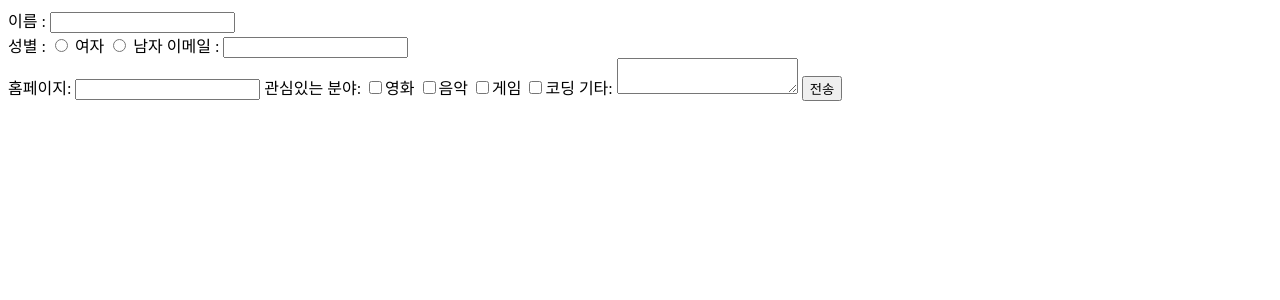
Repository: dudals3844/php_study
Page: http://localhost/
The author's editor kept a record of every edit. The page is drawn from the files as they stood at one moment, then again after the next edit.
The browser window is 1280 px wide. The pictures show the whole page.
The page is run by PHP 8.4 with error messages shown; the project is at /var/www/html/.

Above is the page before.

### index.php
<!DOCTYPE html>
<html lang="ko">

<head>
	<meta charset="UTF-8">
	<title>PHP Form</title>
</head>

<body>

<form action="php_handling_request_01.php" method="post">
	이름 : <input type="text" name="name"><br><!--name이 php에서 id같은 역활을 한다. -->
	성별 :
	<input type="radio" name="gender" value = "female"/> 여자
	<input type="radio" name="gender" value = "male"/> 남자
	이메일 : <input type="text" name="email"><br>
	홈페이지: <input type="text" name="website"/>
	관심있는 분야:
	<input type="checkbox" name="favtopic[]" value = "movie"/>영화
	<input type="checkbox" name="favtopic[]" value = "music"/>음악
	<input type="checkbox" name="favtopic[]" value = "game"/>게임
	<input type="checkbox" name="favtopic[]" value = "coding"/>코딩
	기타: <textarea name = "comment"></textarea>
	<input type="submit" value="전송">
</form>

</body>

</html>

After the next edit:
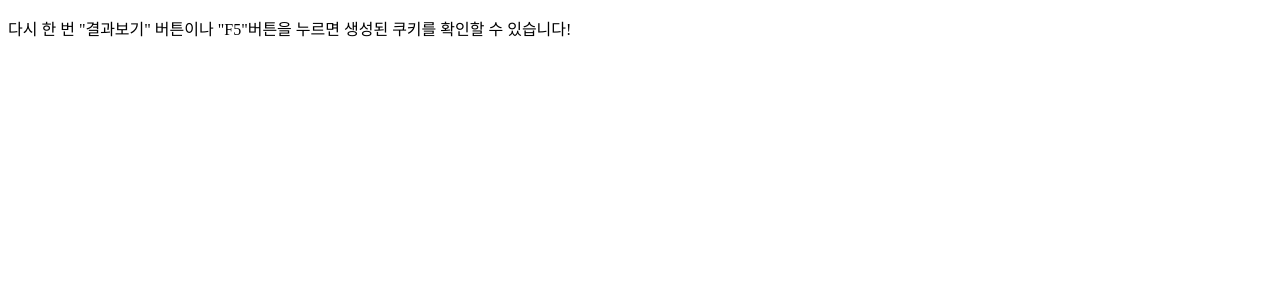
The edit:
--- a/index.php
+++ b/index.php
@@ -8,21 +8,7 @@
 
 <body>
 
-<form action="php_handling_request_01.php" method="post">
-	이름 : <input type="text" name="name"><br><!--name이 php에서 id같은 역활을 한다. -->
-	성별 :
-	<input type="radio" name="gender" value = "female"/> 여자
-	<input type="radio" name="gender" value = "male"/> 남자
-	이메일 : <input type="text" name="email"><br>
-	홈페이지: <input type="text" name="website"/>
-	관심있는 분야:
-	<input type="checkbox" name="favtopic[]" value = "movie"/>영화
-	<input type="checkbox" name="favtopic[]" value = "music"/>음악
-	<input type="checkbox" name="favtopic[]" value = "game"/>게임
-	<input type="checkbox" name="favtopic[]" value = "coding"/>코딩
-	기타: <textarea name = "comment"></textarea>
-	<input type="submit" value="전송">
-</form>
+	<p>다시 한 번 "결과보기" 버튼이나 "F5"버튼을 누르면 생성된 쿠키를 확인할 수 있습니다!</p>
 
 </body>
 
